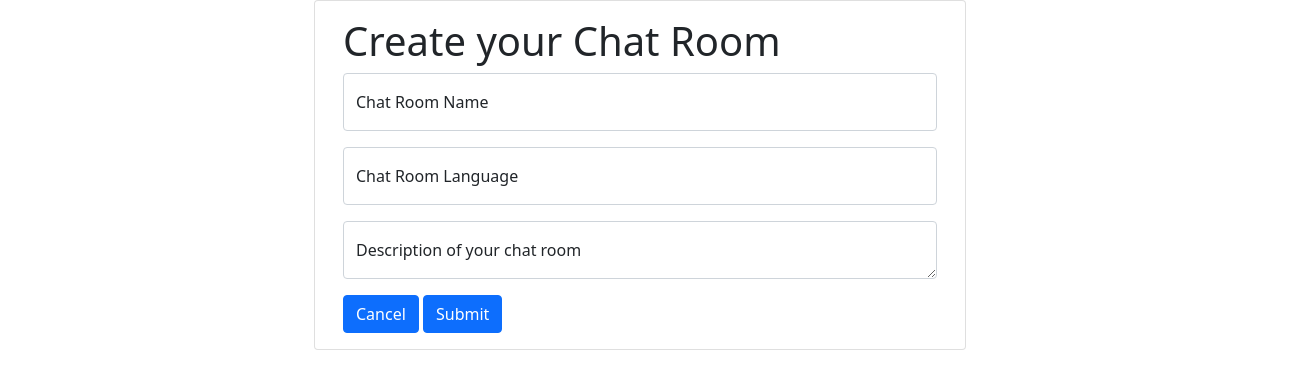
Repository: Norgalador/DuiHuaApp
Page: http://localhost/DuiHua/WEB-INF/newChatRoom.jsp
An editor plug-in stored every save of this project. The page is shown before and after the next save, followed by the edit.
The browser window is 1280 px wide. The page is 1292 px wide, then 1280 px, so the pictures cover 1292 px, including what lies to the right of the window. The pictures show the whole page.
The page is served by Tomcat 9. Nobody is signed in. Other server files are loaded and not shown. The template is opened directly, without the code that normally fills it, so the values that code supplies are empty.

Above is the page before, as saved 2022-09-09 05:17:04.

### DuiHua/src/main/webapp/WEB-INF/newChatRoom.jsp
<%@ page language="java" contentType="text/html; charset=UTF-8"
    pageEncoding="UTF-8"%>
    <!-- c:out ; c:forEach etc. -->
<%@taglib uri="http://java.sun.com/jsp/jstl/core" prefix="c"%>
<!-- Formatting (dates) -->
<%@taglib uri="http://java.sun.com/jsp/jstl/fmt" prefix="fmt"%>
<!-- form:form -->
<%@ taglib prefix="form" uri="http://www.springframework.org/tags/form"%>
<!-- for rendering errors on PUT routes -->
<%@ page isErrorPage="true"%>
<!DOCTYPE html>
<html>
<head>
<meta charset="UTF-8">
<link
	href="https://cdn.jsdelivr.net/npm/bootstrap@5.0.2/dist/css/bootstrap.min.css"
	rel="stylesheet"
	integrity="sha384-EVSTQN3/azprG1Anm3QDgpJLIm9Nao0Yz1ztcQTwFspd3yD65VohhpuuCOmLASjC"
	crossorigin="anonymous">
<title>Create a Chat Room</title>
</head>
<body>
<div class="row">
			<div class="card col-6 offset-3">
				<div class="card-body">
					<h1 class="card-title">Create your Chat Room</h1>
					<form:form action="/createChatRoom" method="POST"
						modelAttribute="chatRoom">
						<div class="form-floating mb-3">
							<form:errors class="text-danger mb-5" path="roomName" />
							<form:input type="text" class="form-control" path="roomName"
								placeholder="Enter room name..." />
							<form:label path="roomName">Chat Room Name</form:label>
						</div>
							<div class="form-floating mb-3">
							<form:errors class="text-danger" path="language" />
							<form:input type="text" class="form-control" path="language"
								placeholder="Language we will practice is..." />
							<form:label path="language">Chat Room Language</form:label>
						</div>
						<div class="form-floating mb-3">
							<form:errors class="text-danger" path="description" />
							<form:textarea type="text" class="form-control"
								path="description" placeholder="This chat room is..." />
							<form:label path="description">Description of your chat room</form:label>
						</div>
						<!-- Hidden Input for userId -->
						<form:input type="hidden" value="${currentUser.id}" path="user" />

						<a href="/" role="button" class="btn btn-primary">Cancel</a>
						<input type="submit" class="btn btn-primary" value="Submit" />
					</form:form>
				</div>
			</div>
		</div>

<script
			src="https://cdn.jsdelivr.net/npm/bootstrap@5.0.2/dist/js/bootstrap.bundle.min.js"
			integrity="sha384-MrcW6ZMFYlzcLA8Nl+NtUVF0sA7MsXsP1UyJoMp4YLEuNSfAP+JcXn/tWtIaxVXM"
			crossorigin="anonymous"></script>


</body>
</html>

After the next save:
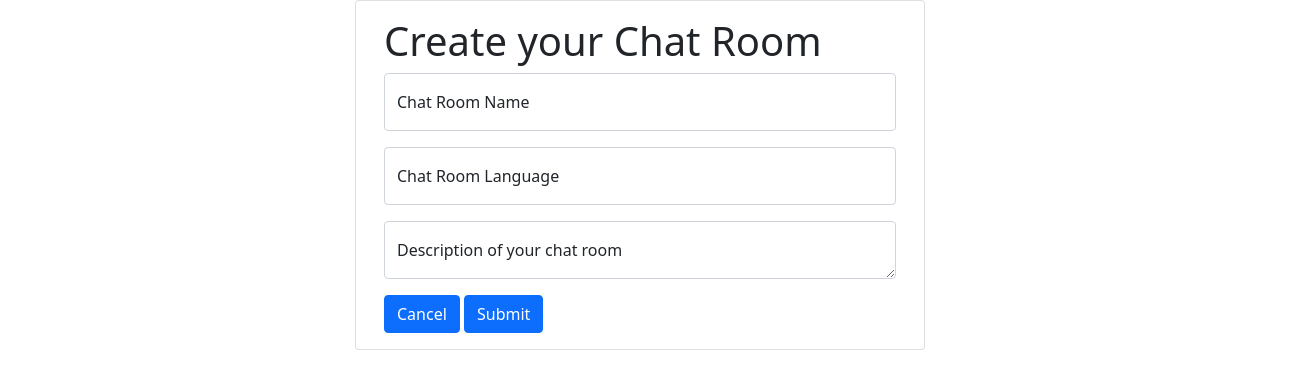
Saved 75 s later.
--- a/DuiHua/src/main/webapp/WEB-INF/newChatRoom.jsp
+++ b/DuiHua/src/main/webapp/WEB-INF/newChatRoom.jsp
@@ -8,6 +8,7 @@
 <%@ taglib prefix="form" uri="http://www.springframework.org/tags/form"%>
 <!-- for rendering errors on PUT routes -->
 <%@ page isErrorPage="true"%>
+<%@ taglib prefix="t" tagdir="/WEB-INF/tags"%>
 <!DOCTYPE html>
 <html>
 <head>
@@ -20,6 +21,8 @@
 <title>Create a Chat Room</title>
 </head>
 <body>
+<div class="container">
+
 <div class="row">
 			<div class="card col-6 offset-3">
 				<div class="card-body">
@@ -53,6 +56,7 @@
 				</div>
 			</div>
 		</div>
+</div>
 
 <script
 			src="https://cdn.jsdelivr.net/npm/bootstrap@5.0.2/dist/js/bootstrap.bundle.min.js"
